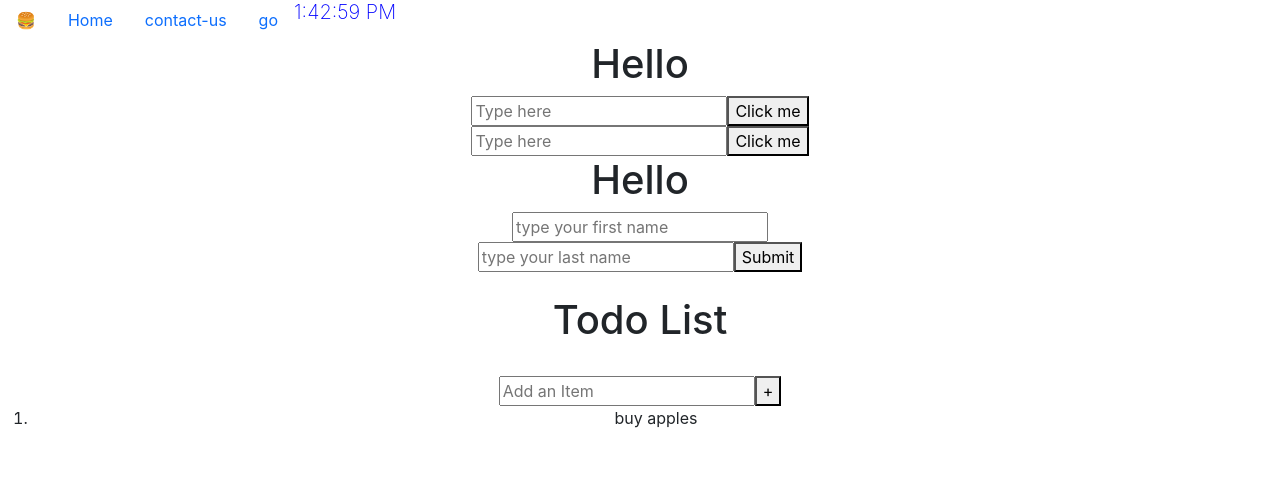
Repository: shah-zx/React-learning
Page: /
The author's editor kept a copy of each file at every save. The page is drawn from the files as they stood at one save, then again after the next save.
The browser window is 1280 px wide. The pictures show the whole page.
The project was rebuilt for these pictures with package versions that can differ from the ones it lists, and the page was loaded fresh each time. Also part of the build but not shown: src/components/Greet.js, src/components/Welcome.js, src/components/Swagat.js, src/components/Namaste.js, src/components/Hello.js, src/components/ayiye.js, src/components/Message.js, src/components/Thought.js and 47 more. Imported but missing from the stored project, and not drawn on this page: src/components/Indexaskeyantipattern.

Above is the page before, as saved 2021-11-12 22:29:00.

### public/index.html
<!DOCTYPE html>
<html lang="en">
  <head>
    <meta charset="utf-8" />
    <link rel="icon" href="%PUBLIC_URL%/favicon.ico" />
    <meta name="viewport" content="width=device-width, initial-scale=1" />
    <meta name="theme-color" content="#000000" />
    <meta
      name="description"
      content="Textutility is a text based utility whuc can be used to manipulate your text in way you want"
    />
    <link rel="apple-touch-icon" href="%PUBLIC_URL%/logo192.png" />
    <!--
      manifest.json provides metadata used when your web app is installed on a
      user's mobile device or desktop. See https://developers.google.com/web/fundamentals/web-app-manifest/
    -->
    <link rel="manifest" href="%PUBLIC_URL%/manifest.json" />
    <!--Bootstrap CSS-->
    <link href="https://cdn.jsdelivr.net/npm/bootstrap@5.1.3/dist/css/bootstrap.min.css" rel="stylesheet" integrity="sha384-1BmE4kWBq78iYhFldvKuhfTAU6auU8tT94WrHftjDbrCEXSU1oBoqyl2QvZ6jIW3" crossorigin="anonymous">
    <!--
      Notice the use of %PUBLIC_URL% in the tags above.
      It will be replaced with the URL of the `public` folder during the build.
      Only files inside the `public` folder can be referenced from the HTML.

      Unlike "/favicon.ico" or "favicon.ico", "%PUBLIC_URL%/favicon.ico" will
      work correctly both with client-side routing and a non-root public URL.
      Learn how to configure a non-root public URL by running `npm run build`.
    -->
    <title>Infuzex</title>
  </head>
  <body>
    <noscript>You need to enable JavaScript to run this app.</noscript>
    <div id="root"></div>
    <div id="portal-root"></div>

    <!--
      This HTML file is a template.
      If you open it directly in the browser, you will see an empty page.

      You can add webfonts, meta tags, or analytics to this file.
      The build step will place the bundled scripts into the <body> tag.

      To begin the development, run `npm start` or `yarn start`.
      To create a production bundle, use `npm run build` or `yarn build`.
    -->
    <!--Bootstrap JS-->
  <script src="https://cdn.jsdelivr.net/npm/bootstrap@5.1.3/dist/js/bootstrap.bundle.min.js" integrity="sha384-ka7Sk0Gln4gmtz2MlQnikT1wXgYsOg+OMhuP+IlRH9sENBO0LRn5q+8nbTov4+1p" crossorigin="anonymous"></script>
 </body>
</html>

### src/App.js
import logo from './logo.svg';
import './App.css';
import React, { useState } from 'react';
import Greet from './components/Greet'
import Welcome from './components/Welcome'
import Swagat from './components/Swagat'
import Namaste from './components/Namaste'
import Hello from './components/Hello'
import Ayiye from './components/ayiye';
import Message from './components/Message'
import Thought from './components/Thought'
import Counter from './components/Counter'
import Functionalclick from './components/Functionalclick'
import Eventbind from './components/Eventbind'
import ParentComponent from './components/ParentComponent';
import CoditionalRendering from './components/CoditionalRendering';
import Namelist from './components/Namelist';
import Indexaskeyantipattern from './components/Indexaskeyantipattern'
import Stylesheet from './components/Stylesheet'
import Inline from './components/Inline'
import './appStyles.css'
import styles from './appStyles.module.css'
import Form from './components/Form';
import Fragments from './components/Fragments';
import Tables from './components/Tables';
import Columns from './components/Columns';
import Purecomponents from './components/Purecomponents'
import Parentcomp from './components/Parentcomp';
import MemoComp from './components/MemoComp'
import RefsDemo from './components/RefsDemo';
import Focusinput from './components/Focusinput'
import FRparentinput from './components/FRparentinput';
import Portaldemo from './components/Portaldemo'
import Practice1 from './components/Practice1';
import Practice2 from './components/Practice2';
import Clickcounter from './components/Clickcounter';
import HoverCount from './components/HoverCount'
import Componentone from './components/Componentone'
import ClickcounterTwo from './components/ClickcounterTwo';
import HovercounterTwo from './components/HovercounterTwo'
import Hovering from './components/Hovering';
import User from './components/User'
import Counterforcountandhover from './components/Counterforcountandhover';
import Navbar from './components/Navbar';
import TextForm from './components/TextForm';
import About from './components/About';
import Alert from './components/Alert';
import {
  BrowserRouter as Router,
  Switch,
  Route,
  Link

} from "react-router-dom";
import One from './practice_components/One';
import Alert_pr from './practice_components/Alert_pr';
import Footer from './components/Footer';
import Textarea from './practice_components/Textarea';
import NotesState from '../src/context/notes/NotesState'
import Hooks from './practice_components/Hooks';
import Time from './practice_components/Time';
import Dclock from './practice_components/Dclock';
import Handlingevents from './practice_components/Handlingevents'
import Forms from './practice_components/Forms';
import Login from './practice_components/Login';
import Todo from './practice_components/Todo'
function App() {
  // const [darkMode , setDarkMode] = useState(false)  // Wether dark mode is enabled or disabled //
  const [alert, setAlert] = useState(null);  // This is used for setting the state //
  const showAlert = (message, type) => {    // This is for showing the alert

    setAlert({
      msg: message,
      type: type
    })
    setTimeout(() => {  // This will help us to fade out the text message after 2 seconds //
      setAlert(null);
    }, 2000);
  }

  return (
    <>
    <NotesState>
      <Router>

        <div className="App">
          {

            <Navbar title= "🍔" Abouttext="Home" cont="contact-us" hello="go" />
       // Passing the props //
      /*      <Greet name = "hamza" heroName = "Batman"/>
      {/* <Greet name = ""  <Greet name = "shahnawaz" superName = "Superman"/>
      <Greet name = "rahul" wonderName = "women"/>

      {/*<Welcome />
      <Swagat />
      <Namaste />
      <Hello />
      <Ayiye naam="shahnawaz" elder="Brother" />
      <Ayiye naam="hamza" younger="Brother" /> */}
          {/* <Greet name="shahnawaz" heroName="Batman" /> */}
          {/* <Greet /> */}
          {/* <Welcome name="Hamza" heroName="Superman" /> */}
          {/* <Message />
      <Thought />
      <Counter /> */}
          {/* <ParentComponent /> */}
          {/* <Functionalclick /> */}
          {/* <Eventbind /> */}
          {/* <CoditionalRendering /> */}
          {/* <Namelist />  */}
          {/* <Indexaskeyantipattern /> */}
          {/* <Stylesheet primary = {true} />
      <Inline />
      <h1 className='error'>Error</h1>
      <h1 className={styles.success}>Success</h1>
      <Form /> */}
          {/* <Purecomponents /> */}
          {/* <Fragments /> */}
          {/* <Tables /> */}
          {/* <Parentcomp /> */}
          {/* <MemoComp /> */}
          {/* <Practice1 naam="romeo" herokanaam="billu" /> */}
          {/* <Hello />
      <RefsDemo />
      <Focusinput />
      <FRparentinput />
      <Portaldemo /> */}
          {/* <Practice2 /> */}
          {/* <Clickcounter /> */}
          {/* <HoverCount /> */}
          {/* <Componentone /> */}
          {/* <ClickcounterTwo /> */}
          {/* <HovercounterTwo /> */}
          {/* <Hovering /> */}
          {/* <User render={(isLoggedIn) => isLoggedIn ? 'Rendered' : 'Guest'} />   */}
          {/* <Counterforcountandhover render = {(count , incrementCount) => <ClickcounterTwo count = {count} incrementCount = {incrementCount}/> }/> */}
          {/* <Counterforcountandhover render = {(count , incrementCount) => <Hovering count = {count} incrementCount = {incrementCount}/> }/> */}
          {/* <Hooks/>
          <Time /> */}
          <Forms/>
          {/* <Handlingevents /> */}
          <Login />
          <Todo />
          <Alert alert={alert} />
          {/* <div className="alert">
            <Alert_pr showAlert={showAlert} />
          </div>
          <div classname="greet">
            <Greet />
          </div>
          <div className="container my-3" >
            <Switch>
              <Route path="/about">
                <About />
                {/* <Ayiye/> */}
              {/* </Route>
              <Route path="/">
                <TextForm showAlert={showAlert} heading="Enter the text to see :" />
                <div className="txt">
                  <Textarea st="checkbox"/>
                </div>
                <div className="red_card">
                  <One />
                  <div className="container">
                    <Footer heading = "Footer" link1 = "Facebook" ls = "Twitter" oneLink = "Instagram" secLink = "LinkedIn"/>
                  </div>
                </div>
              </Route>
            </Switch>
            {/* <About /> */}
          </div>
          {/* <About /> */}
        {/* </div> */}
      </Router>
    </NotesState>
    </>
  );
}

export default App;  // This is the place where we have exported our App //

// Functional components : takes properties ( a js function takes the props and returns the jsx code --> HTML code )
// As soon as we import the Greet Component we have to import it to our main App.js and use it as an html tag
// Class components : They can also recieve input as props and retun html code
// It can maintain some data private to that component
// The user component will make sure the user is logged in or not

### src/App.css
.App {
  text-align: center;
}

.App-logo {
  height: 40vmin;
  pointer-events: none;
}

@media (prefers-reduced-motion: no-preference) {
  .App-logo {
    animation: App-logo-spin infinite 20s linear;
  }
}

.App-header {
  background-color: #282c34;
  min-height: 100vh;
  display: flex;
  flex-direction: column;
  align-items: center;
  justify-content: center;
  font-size: calc(10px + 2vmin);
  color: white;
}

.App-link {
  color: #61dafb;
}

@keyframes App-logo-spin {
  from {
    transform: rotate(0deg);
  }
  to {
    transform: rotate(360deg);
  }
}

/*
.red_card {
  display: flex;
  flex-wrap: wrap;
} */

.container {
  margin-top: 2em;
}
.time{
  font-weight: 200;
}

### src/components/Navbar.js
// Here we are making a navbar component //

import React from 'react'
import PropTypes from 'prop-types' // Importing the proptypes from props //
import {Link} from 'react-router-dom' // Importing the Link  , thing to remember : exporting not as DEFAULT //
import Dclock from '../practice_components/Dclock'
export default function Navbar(props) {

    return (
      <>
        <ul className="nav">
        <li className="nav-item">
          <Link className="nav-link active" aria-current="page" to="/">{props.title}</Link>
        </li>
        <li className="nav-item">
          <Link className="nav-link" to="about">{props.Abouttext}</Link>
        </li>
        <li className="nav-item">
          <Link className="nav-link" to="/">{props.cont}</Link>
        </li>
        <li className="nav-item">
          <a className="nav-link">{props.hello}</a>
        </li>
        <li>
      <Dclock/>
        </li>
      </ul>
      </>
    )
}
Navbar.propTypes = {      // These are our navbar properties //
                      title : PropTypes.string.isRequired ,
                      Abouttext : PropTypes.string
                   }

Navbar.defaultProps = {title : 'set title here' ,
                        Abouttext : 'set abouttext here'
                    }

### src/context/notes/NotesState.js
import react, { useState } from 'react';
import noteContext from './noteContext'

const NotesState = (props) => {
    const s1 = {
        "name": "Shahnawaz",
        "class": "5a"
    }
    const [state, setState] = useState(s1)
    const update = () => {
        setTimeout(() => {
            setState({
                "name": "hamza",
                "class": "12a"
            })
        }, 3000);
    }
    return (
        <noteContext.Provider value={{ state, update }}>
            {props.children}
        </noteContext.Provider>


    )
}

export default NotesState;

### src/practice_components/Dclock.jsx
import React , {useState} from 'react'

function Dclock() {

   let time = new Date().toLocaleTimeString();

   const[ctime , setTime] = useState(time)

   const updateTime = () => {
      let newtime = new Date().toLocaleTimeString();
      setTime(newtime)
   }

   setInterval(updateTime,1000) // This function will take a call back function and the interval after which the event will take place

    return (
        <>
            <h3 className = "time" style={{color : "blue" , fontSize : "20px"}}>{ctime}</h3>
        </>
    )
}

export default Dclock

### src/practice_components/Forms.jsx
import React, { useState } from 'react'



function Forms() {

    const [fullName, setfullName] = useState({
        fname : "" ,
        lname : "" ,
    });

    const inputEvent = (event) => {  // We are passing the text we will be weiting in the input in an object called event
        // setName(event.target.value)
    };

    const onSubmits = (event) => {
        event.preventDefault();
        alert('Form submitted successfully')
    }


    const handleChange = () => {
        // setFullName(name);
    }
    return (
        <>
        <div className="main_div">
        <form onSubmit = {onSubmits}>
            <h1>Hello {fullName.fname} {fullName.lname}</h1>
            <input type="text"
                placeholder="Type here"
                value={fullName.fname}
                onChange={inputEvent}
                name = "fname">
                </input>
            <button onClick={handleChange}
                type="submit">Click me </button>
            <br />
            <input type="text"
                placeholder="Type here"
                value={fullName.lname}
                onChange={inputEvent}
                name = "lname">
                </input>
            <button onClick={handleChange}
                type="submit">Click me </button>
                </form>
                </div>
        </>
    )
}

export default Forms

// Note : as we do for button , which is onClick , we do for input field also : that is onChange
//    console.log(event.target.value)  // accessing our text

### src/practice_components/Login.jsx
import React, { useState } from 'react'

function Login() {

  const [name, setName] = useState("")

  const [lastName, setLastName] = useState("");

  const [fullName, setfullName] = useState("")

  const [lastNamenew , setlastNamenew] = useState("")

  const onSubmits = (event) => {
    event.preventDefault();  // This will help in preventing the default behaviour of the form
    setfullName(name)
    setlastNamenew(lastName)
  }

  const handleThat = (event) => {
    setName(event.target.value);
  }

  const handleThattwo = (event) => {
    setLastName(event.target.value)
  }

  return (
    <>
      <div className="main_div">
        <form onSubmit={onSubmits}>
          <h1>Hello {fullName} {lastNamenew}</h1>
          <input
            onChange={handleThat}
            type="text"
            placeholder="type your first name"
            value={name}>
          </input>
          <br/>
          <input
          type = "text"
          onChange = {handleThattwo}
          placeholder = "type your last name"
          value = {lastName}>
          </input>
          <button type="submit">Submit</button>
        </form>
      </div>
    </>
  )
}

export default Login

### src/practice_components/Todo.js
import React from 'react'

function App() {
    return (
        <div className="main_div">
        <div className="center_div">
            <br />
            <h1>Todo List</h1>
            <br />
            <input type="text" className="" placeholder = "Add an Item" />
            <button> + </button>
            <ol>
                <li>buy apples</li>
            </ol>
        </div>

        </div>
    )
}

export default App

### src/context/notes/noteContext.js
import { createContext } from "react";
const noteContext = createContext();   // Here we craeted a new context which will hold our states


export default noteContext;


// Here we have formed the context API

Loaded but not shown: src/index.js (common file); src/index.css (common file); src/reportWebVitals.js (common file)

After the next save:
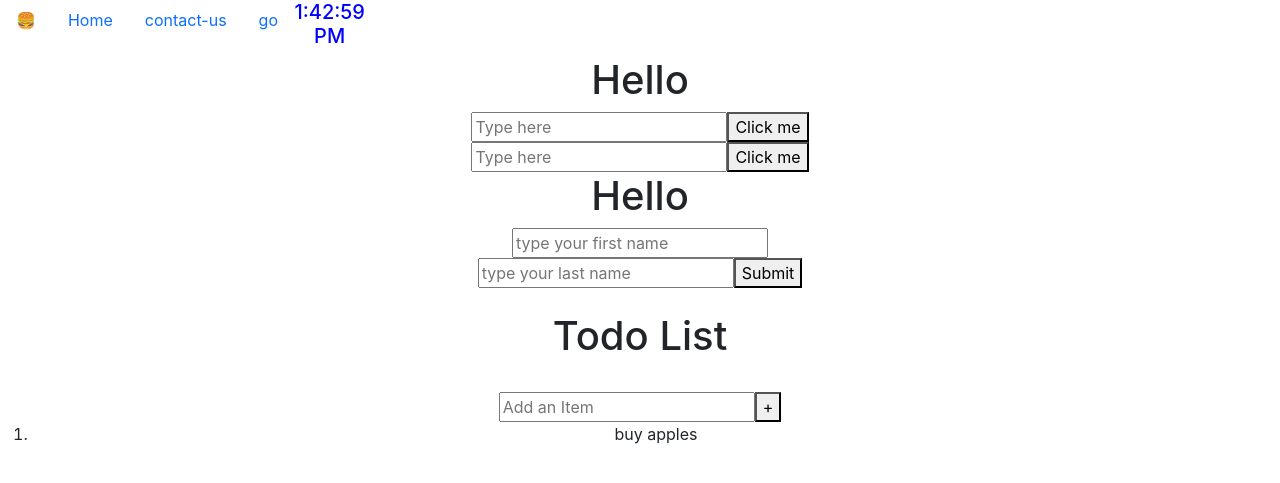
Saved 46 min 5 s later.
--- a/src/practice_components/Dclock.jsx
+++ b/src/practice_components/Dclock.jsx
@@ -15,7 +15,7 @@ function Dclock() {
 
     return (
         <>
-            <h3 className = "time" style={{color : "blue" , fontSize : "20px"}}>{ctime}</h3>
+            <h3 className = "col-md-8" style={{color : "blue" , fontSize : "20px"}}>{ctime}</h3>
         </>
     )
 }
